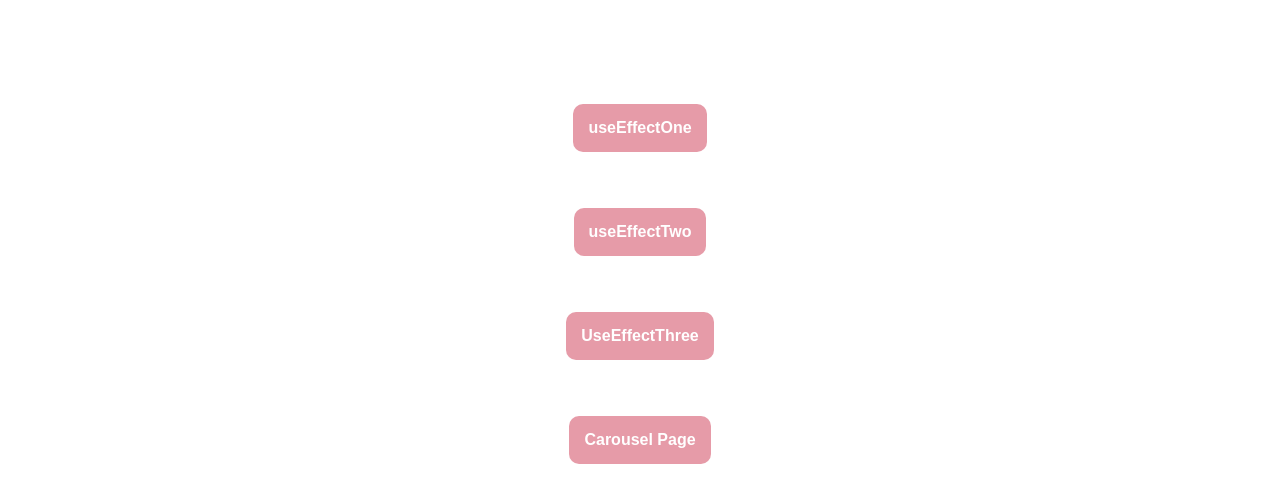
Repository: jjennbui/class8
Page: /
The author's editor kept a copy of each file at every save. The page is drawn from the files as they stood at one save, then again after a run of saves.
The browser window is 1280 px wide. The pictures show the whole page.
The project was rebuilt for these pictures with package versions that can differ from the ones it lists, and the page was loaded fresh each time. The framework's server and built-in components were replaced by stand-ins that run in the browser. Also part of the build but not shown: next.config.js.

Above is the page before, as saved 2023-02-20 17:39:43.

### pages/index.js
import Head from 'next/head'
import styles from '@/styles/Home.module.css'
import Link from 'next/link'


export default function Home() {
  return (
    <>
      <Head>
        <title>Create Next App</title>
        <meta name="description" content="Generated by create next app" />
        <meta name="viewport" content="width=device-width, initial-scale=1" />
        <link rel="icon" href="/favicon.ico" />
      </Head>

      <main className={styles.main}>
        <Link href="/useEffectOne" className={styles.text}>useEffectOne</Link>
        <Link href="/useEffectTwo" className={styles.text}>useEffectTwo</Link>
        <Link href="/useEffectThree" className={styles.text}>UseEffectThree</Link>
        <Link href="/carouselPage" className={styles.text}>Carousel Page</Link>
      </main>
    </>
  )
}

### styles/globals.css
:root {

}

### styles/Home.module.css
.main {

  display: flex;
  flex-direction: column;
  justify-content: space-between;
  align-items: center;
  padding: 6rem;
  min-height: 50vh;

}

.text{
  color: white;
  text-decoration: none;
  font-family: Arial, Helvetica, sans-serif;
  font-weight: bold;
  background-color: rgb(230, 155, 168);
  padding: 15px;
  border-radius: 10px;

}

Loaded but not shown: pages/_app.js (common file); pages/_document.js (common file)

After the next 2 saves:
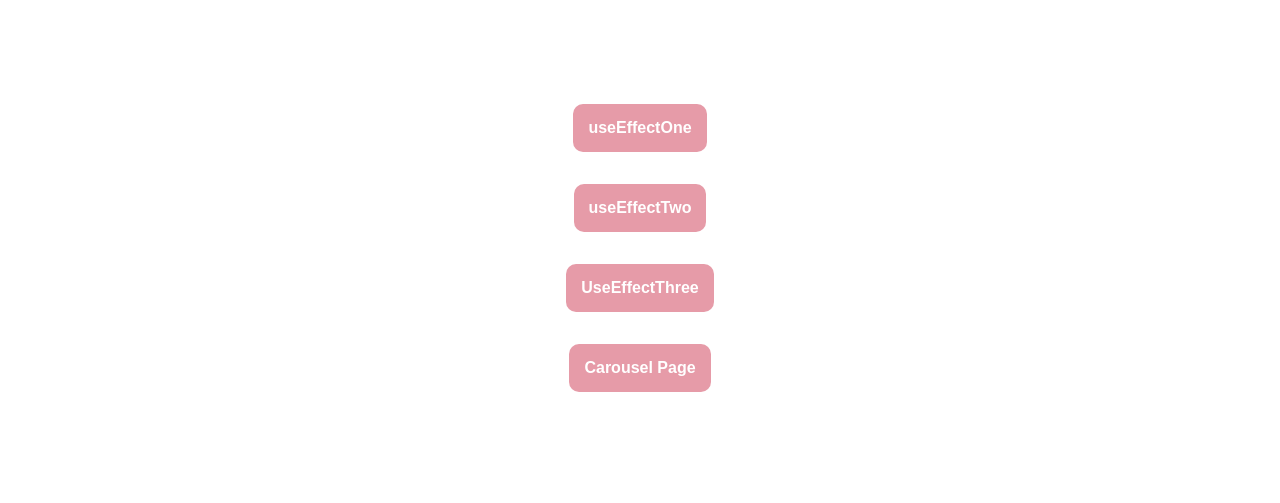
The 2 saves are shown as one change because they came seconds apart.
The last was saved 6 s later.
--- a/styles/Home.module.css
+++ b/styles/Home.module.css
@@ -5,7 +5,7 @@
   justify-content: space-between;
   align-items: center;
   padding: 6rem;
-  min-height: 50vh;
+  min-height: 40vh;
 
 }
 
